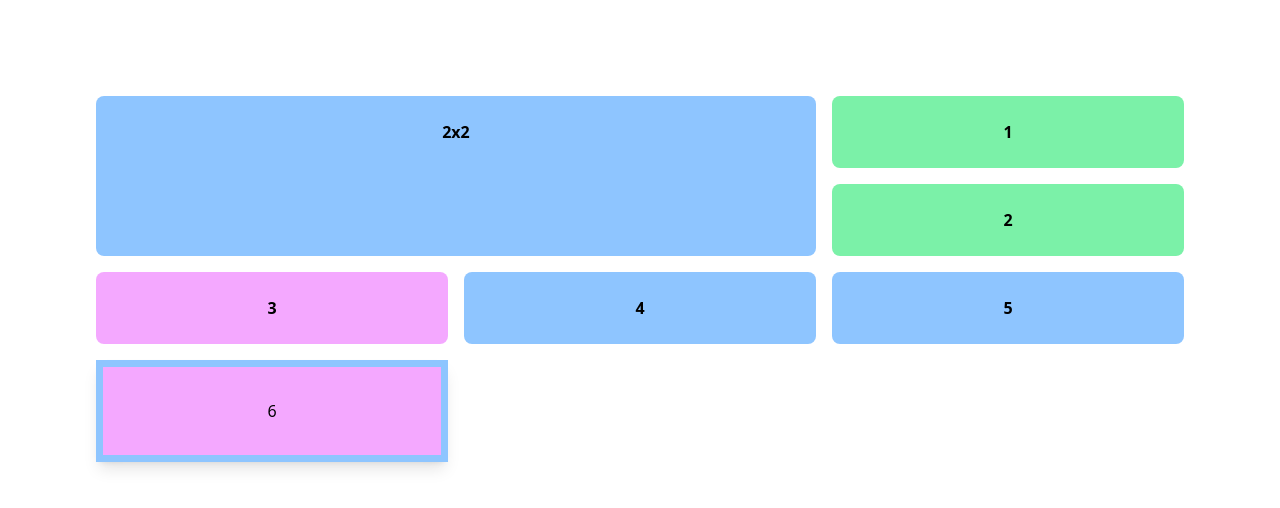
Repository: Abdulahi338/TailwindCss-exercise
Page: Exercise3/index.html
The author's editor kept a copy of each file at every save. The page is drawn from the files as they stood at one save, then again after the next save.
The browser window is 1280 px wide. The pictures show the whole page.

Above is the page before, as saved 2025-08-12 17:44:55.

### Exercise3/index.html
<!DOCTYPE html>
<html lang="en">
<head>
    <meta charset="UTF-8">
    <meta name="viewport" content="width=device-width, initial-scale=1.0">
        <script src="https://cdn.jsdelivr.net/npm/@tailwindcss/browser@4"></script>

    <title>Exercise 2</title>
</head>
<body>

    <div class="grid grid-cols-3 grid-rwos-3 gap-4 m-24 text-center">
        <div class="bg-blue-300 p-6 font-bold col-span-2 row-span-2 rounded-lg"">2x2</div>
        <div class="bg-green-300 p-6 font-bold rounded-lg">1</div>
        <div class="bg-green-300 p-6 font-bold rounded-lg"">2</div>
        <div class="bg-fuchsia-300 p-6 font-bold rounded-lg"">3</div>
        <div class="bg-blue-300 p-6 font-bold rounded-lg"">4</div>
        <div class="bg-blue-300 p-6 font-bold rounded-lg"">5</div>
        <div class="bg-fuchsia-300 p-8 font-med border-7 border-blue-300 shadow-lg">6</div>

    </div>


</body>
</html>

After the next save:
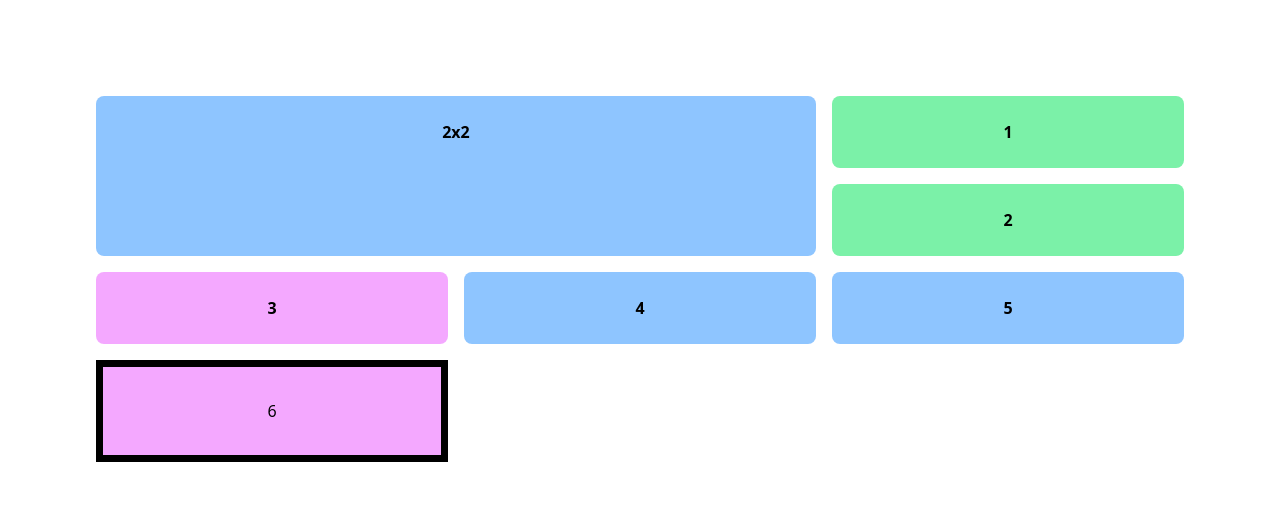
Saved 20 s later.
--- a/Exercise3/index.html
+++ b/Exercise3/index.html
@@ -16,7 +16,7 @@
         <div class="bg-fuchsia-300 p-6 font-bold rounded-lg"">3</div>
         <div class="bg-blue-300 p-6 font-bold rounded-lg"">4</div>
         <div class="bg-blue-300 p-6 font-bold rounded-lg"">5</div>
-        <div class="bg-fuchsia-300 p-8 font-med border-7 border-blue-300 shadow-lg">6</div>
+        <div class="bg-fuchsia-300 p-8 font-med border-7 border-blueshadow-lg">6</div>
 
     </div>
 
